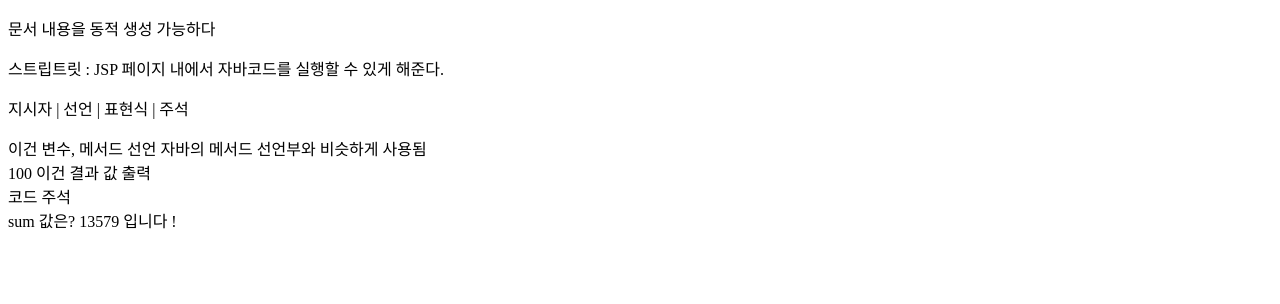
Repository: hyejux/JSP_STUDY
Page: http://localhost/JSPPractice2/JSP_ex1.jsp
The author's editor kept a copy of each file at every save. The page is drawn from the files as they stood at one save, then again after the next save.
The browser window is 1280 px wide. The pictures show the whole page.
The page is served by Tomcat 9. Other server files are loaded and not shown.

Above is the page before, as saved 2025-01-07 14:45:18.

### JSPPractice2/src/main/webapp/JSP_ex1.jsp
<%@ page language="java" contentType="text/html; charset=UTF-8"
    pageEncoding="UTF-8"%>
<!DOCTYPE html>
<html>
<head>
<meta charset="UTF-8">
<title>스크립트립 소개</title>
</head>
<body>

<div>
<p> 문서 내용을 동적 생성 가능하다 </p>
<p> 스트립트릿 : JSP 페이지 내에서 자바코드를 실행할 수 있게 해준다.</p>
<p> 지시자 | 선언 | 표현식 | 주석 </p>
</div>

<!-- ----------------------------------- -->

<div> <%-- <%@ %> 이건 페이지 속성 --%> </div>
<div> <%! int abc = 100; %> 이건 변수, 메서드 선언 자바의 메서드 선언부와 비슷하게 사용됨</div>
<div> <%= abc %> 이건 결과 값 출력 </div>
<div> <%-- 주석이지롱 --%> 코드 주석 </div>

<!-- ----------------------------------- -->

<%
int a = 12345;
int b= 1234;
int sum = a + b ;
%>

<div> sum 값은? <%= sum %> 입니다 ! </div>



</body>
</html>

After the next save:
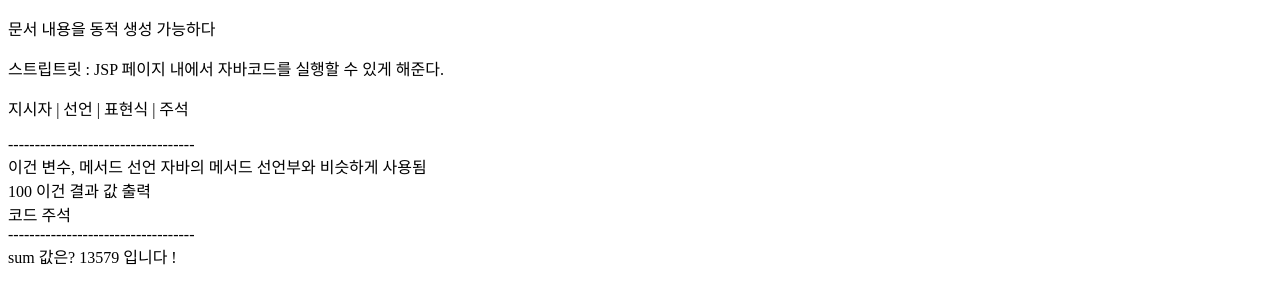
Saved 17 s later.
--- a/JSPPractice2/src/main/webapp/JSP_ex1.jsp
+++ b/JSPPractice2/src/main/webapp/JSP_ex1.jsp
@@ -14,14 +14,14 @@
 <p> 지시자 | 선언 | 표현식 | 주석 </p>
 </div>
 
-<!-- ----------------------------------- -->
+<div>-----------------------------------  </div>
 
 <div> <%-- <%@ %> 이건 페이지 속성 --%> </div>
 <div> <%! int abc = 100; %> 이건 변수, 메서드 선언 자바의 메서드 선언부와 비슷하게 사용됨</div>
 <div> <%= abc %> 이건 결과 값 출력 </div>
 <div> <%-- 주석이지롱 --%> 코드 주석 </div>
 
-<!-- ----------------------------------- -->
+ <div>-----------------------------------  </div>
 
 <%
 int a = 12345;
